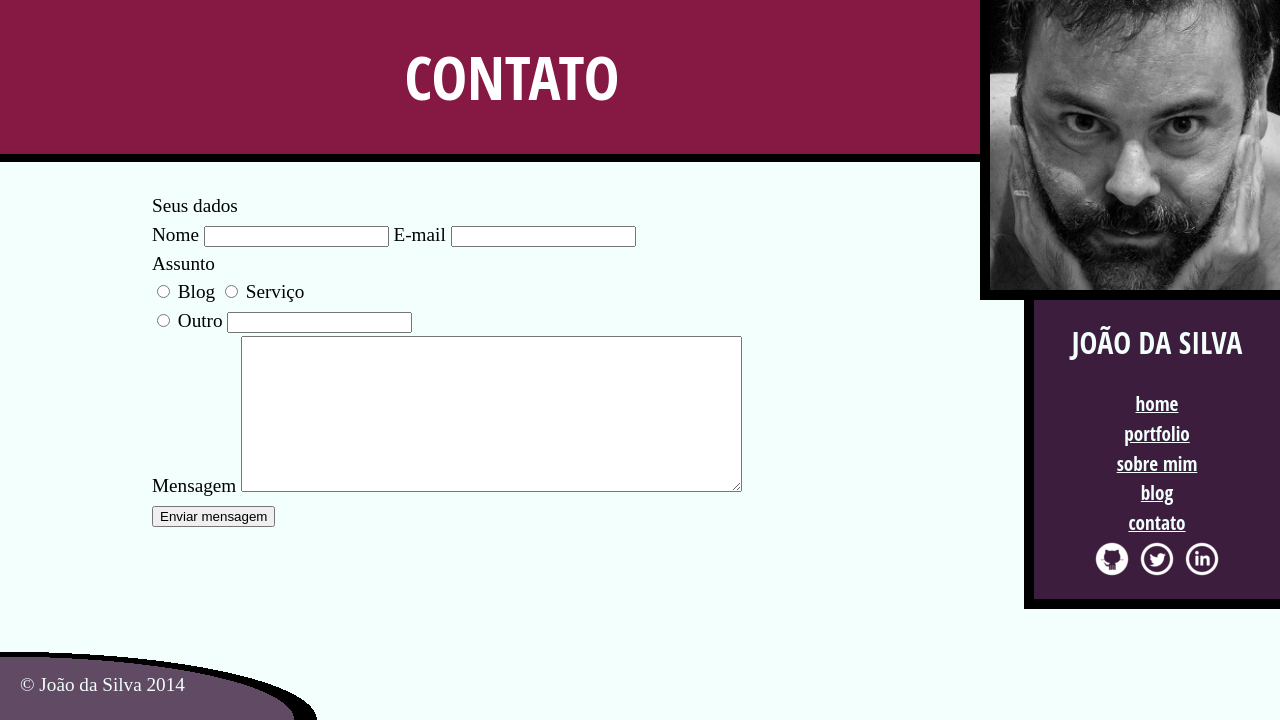
Repository: MichelMiola/html5Css3Avancado
Page: projeto/contato.html
These files come from the project's save history. The page is drawn as it stood at one moment and after the next save; the edit follows.
The browser window is 1280 px wide. The pictures show the whole page.
Some web fonts or font styles are not loaded; a fallback is used.

Above is the page before, as saved 2015-03-24 19:58:00.

After the next save:
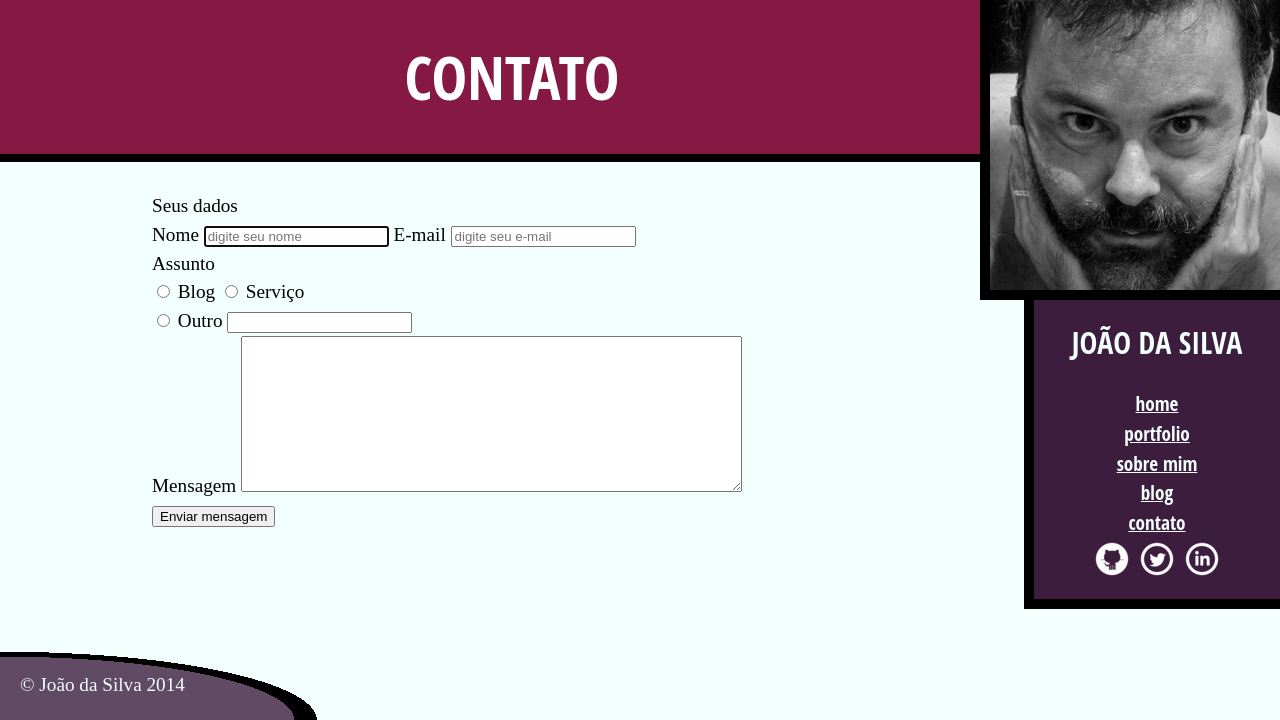
Saved 2 min 26 s later.
--- a/projeto/contato.html
+++ b/projeto/contato.html
@@ -18,9 +18,9 @@
 		<form>
 			<fieldset>
 				<legend>Seus dados</legend>
-				<label>Nome</label> <input type="text" required="required">
+				<label>Nome</label> <input type="text" required autofocus placeholder="digite seu nome">
 				<label>E-mail</label>
-				<input type="email">
+				<input type="email" placeholder="digite seu e-mail">
 			</fieldset>
 			<fieldset>
 				<legend>Assunto</legend>
